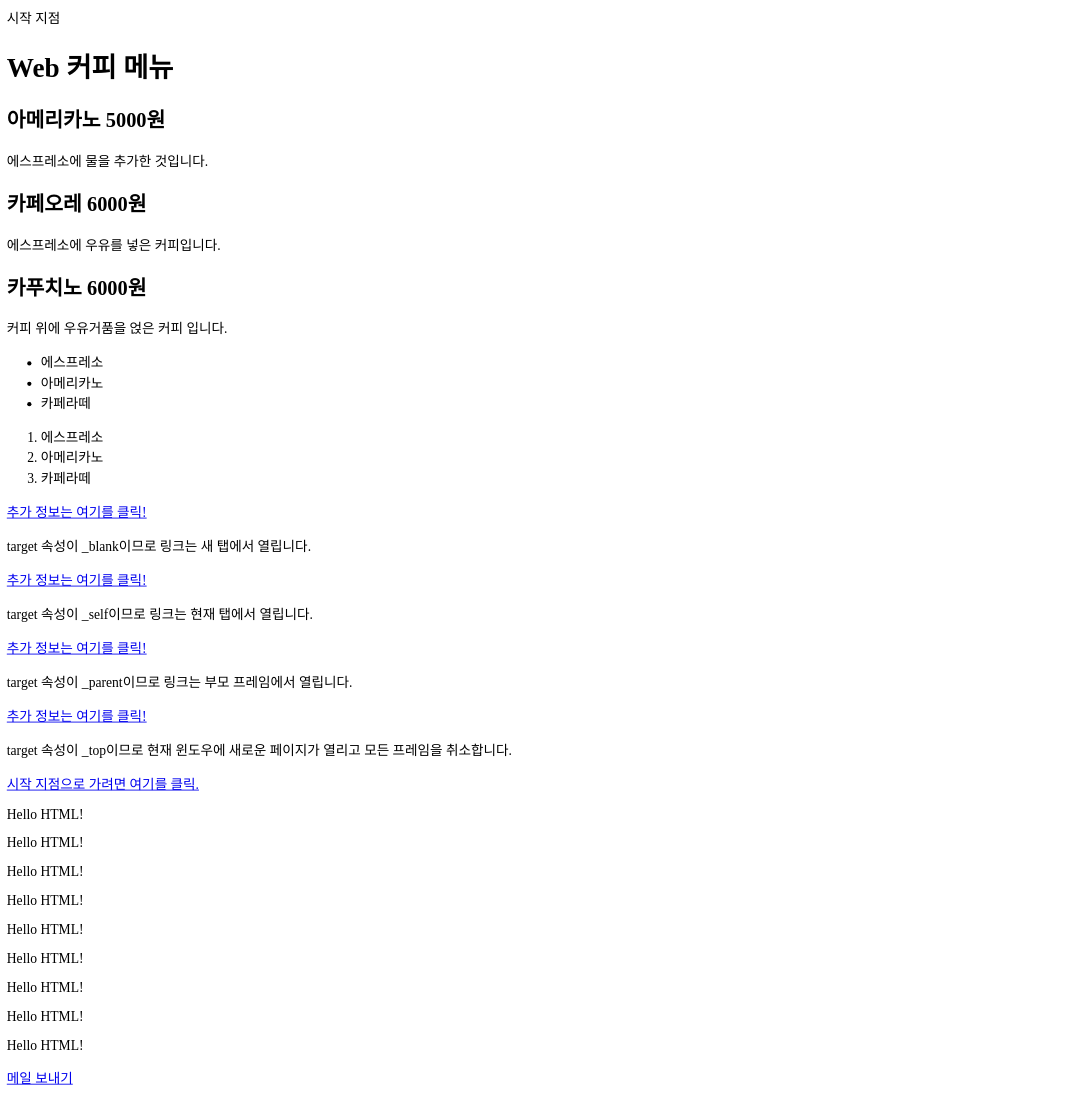
Repository: dhbaek2004/JSPex
Page: http://localhost/UX/UX_01.jsp
These files come from the project's save history. The page is drawn as it stood at one moment and after the next save; the edit follows.
The browser window is 1280 px wide. The pictures show the whole page, at 85% of full size.
The page is served by Tomcat 9.

Above is the page before, as saved 2020-08-25 08:45:09.

### Infrearn/UX/UX/WebContent/UX_01.jsp
<%@ page language="java" contentType="text/html; charset=EUC-KR"
    pageEncoding="EUC-KR"%>
<!DOCTYPE html>
<html>
<head>
<meta charset="EUC-KR">
<title>Web 커피 메뉴</title>
</head>

<body>

	<a id="section1">시작 지점</a>
	<h1>Web 커피 메뉴</h1>
	<h2>아메리카노 5000원</h2>
	<p>에스프레소에 물을 추가한 것입니다.</p>

	<h2>카페오레 6000원</h2>
	<p>에스프레소에 우유를 넣은 커피입니다.</p>

	<h2>카푸치노 6000원</h2>
	<p>커피 위에 우유거품을 얹은 커피 입니다.</p>

	<ul>
		<li>에스프레소</li>
		<li>아메리카노</li>
		<li>카페라떼</li>
	</ul>

	<ol>
		<li>에스프레소</li>
		<li>아메리카노</li>
		<li>카페라떼</li>
	</ol>

	<a href="http://www.google.com/" target="_blank">추가 정보는 여기를 클릭!</a>
	<p>target 속성이 _blank이므로 링크는 새 탭에서 열립니다.</p>
	<a href="http://www.google.com/" target="_self">추가 정보는 여기를 클릭!</a>
	<p>target 속성이 _self이므로 링크는 현재 탭에서 열립니다.</p>
	<a href="http://www.google.com/" target="_parent">추가 정보는 여기를 클릭!</a>
	<p>target 속성이 _parent이므로 링크는 부모 프레임에서 열립니다.</p>
	<a href="http://www.google.com/" target="_top">추가 정보는 여기를 클릭!</a>
	<p>target 속성이 _top이므로 현재 윈도우에 새로운 페이지가 열리고 모든 프레임을 취소합니다.</p>

	<a href="#section1">시작 지점으로 가려면 여기를 클릭.</a>

	<p> Hello HTML!</p>
	<p> Hello HTML!</p>
	<p> Hello HTML!</p>
	<p> Hello HTML!</p>
	<p> Hello HTML!</p>
	<p> Hello HTML!</p>
	<p> Hello HTML!</p>
	<p> Hello HTML!</p>
	<p> Hello HTML!</p>


	<a href="mailto:dhbaek2004@naver.com?subject=Feedback">메일 보내기</a>


</body>


</html>

After the next save:
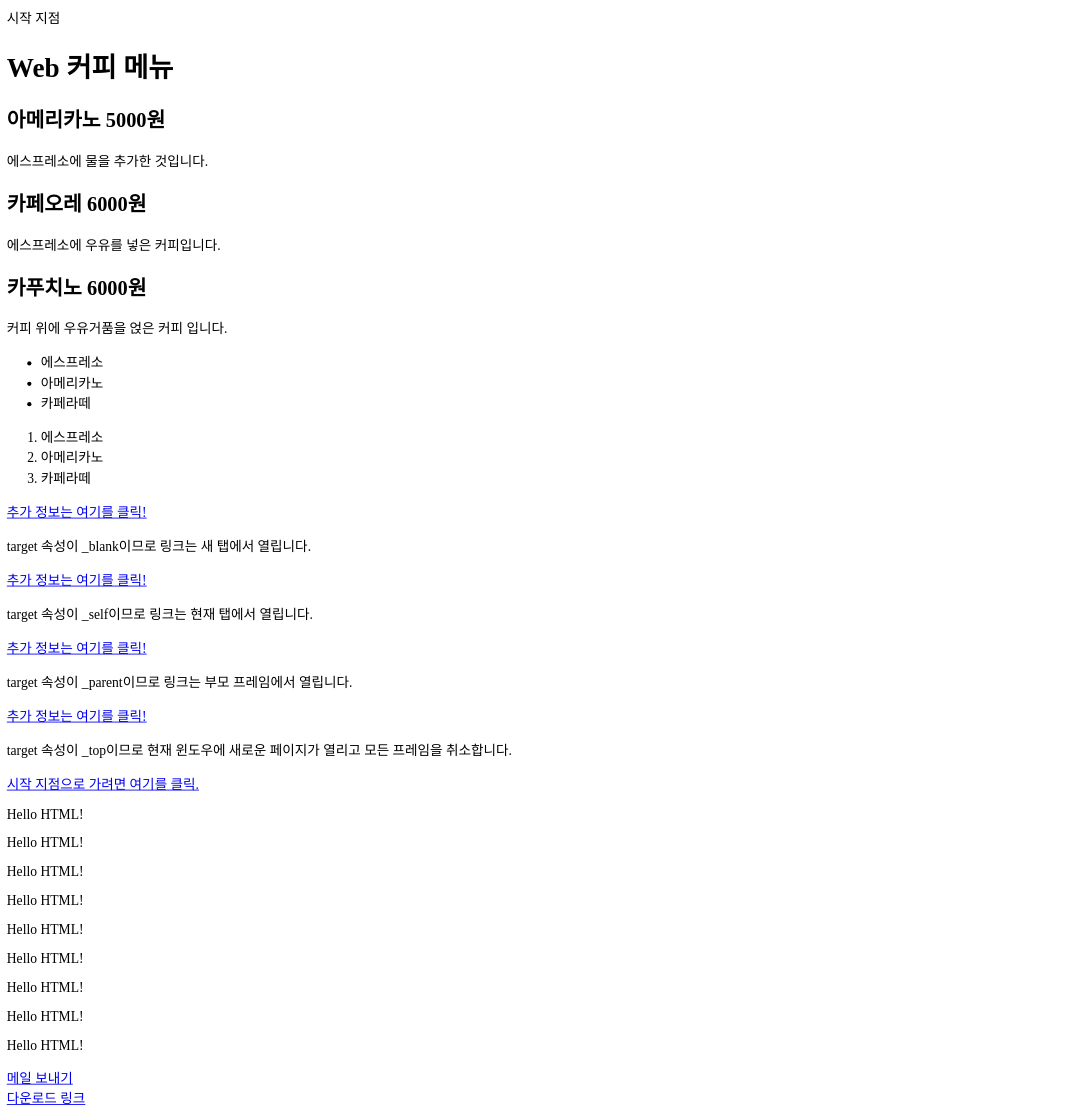
Saved 34 s later.
--- a/Infrearn/UX/UX/WebContent/UX_01.jsp
+++ b/Infrearn/UX/UX/WebContent/UX_01.jsp
@@ -54,7 +54,9 @@
 	<p> Hello HTML!</p>
 
 
-	<a href="mailto:dhbaek2004@naver.com?subject=Feedback">메일 보내기</a>
+	<a href="mailto:dhbaek2004@naver.com?subject=Feedback">메일 보내기</a> <br>
+
+	<a href="http://www.company.com/data.zip">다운로드 링크</a>
 
 
 </body>
